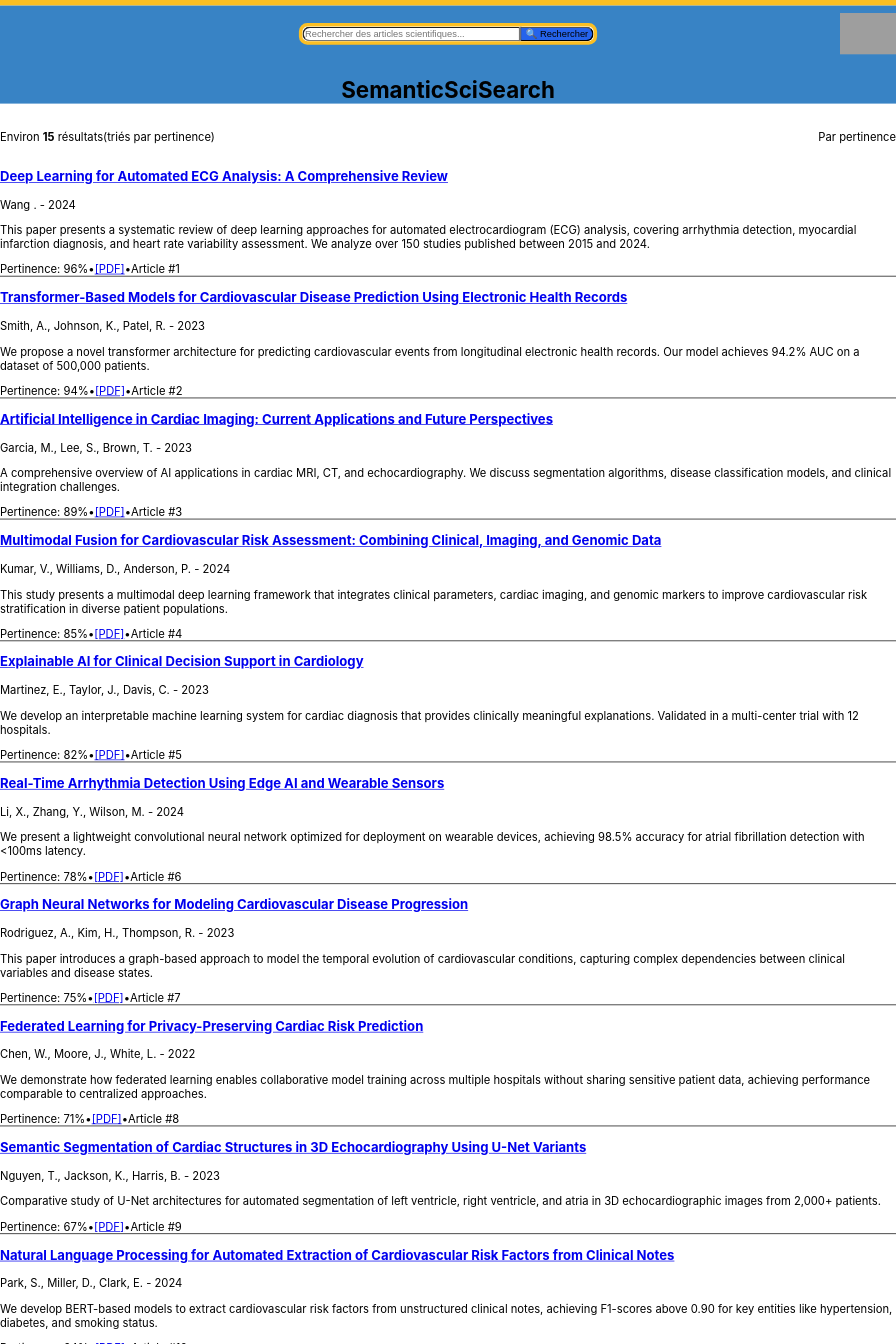
Repository: elh33/SemanticSciSearch
Page: / (app in frontend/)
These files come from the project's save history. The page is drawn as it stood at one moment and after the next save; the edit follows.
The browser window is 1280 px wide. The pictures show the part of the page from y = 0 to 1920 px (the page is 2744 px tall before and 2751 px after), at 70% of full size.
Pictures or frames that could not be fetched are drawn as grey boxes. The project was rebuilt for these pictures with package versions that can differ from the ones it lists, and the page was loaded fresh each time.

Above is the page before, as saved 2025-11-21 23:04:19.

### frontend/index.html
<!DOCTYPE html>
<html lang="en">
  <head>
    <meta charset="UTF-8" />
    <meta name="viewport" content="width=device-width, initial-scale=1.0" />
    <title>SemanticSciSearch</title>
  </head>
  <body>
    <div id="root"></div>
    <script type="module" src="/src/index.tsx"></script>
  </body>
</html>

### frontend/src/index.tsx
import React from 'react';
import ReactDOM from 'react-dom';
import App from './App';
import './index.css';

ReactDOM.render(
  <React.StrictMode>
    <App />
  </React.StrictMode>,
  document.getElementById('root')
);

### frontend/src/App.tsx
import React from 'react';
// Importe le composant de recherche principal
import SearchResults from './components/SearchResults';

// Le composant App.tsx est le conteneur principal de l'application.
function App() {
  return (
    // Utilisation d'un fragment React (<>...</>) ou d'un <div> si tu as des styles globaux
    <>
      {/* Le composant SearchResults contient maintenant :
        - Le titre et le sous-titre de l'application.
        - La barre de recherche.
        - L'orchestration de la logique (appels à api.ts).
        - L'affichage de la liste des ArticleCard.
      */}
      <SearchResults />
    </>
  );
}

export default App;

### frontend/src/components/SearchResults.tsx
import React, { useState, useEffect } from 'react';
import { Article } from '../types';
import { searchArticles } from '../services/api';
import ArticleCard from './ArticleCard';

const SearchResults: React.FC = () => {
  const [query, setQuery] = useState('');
  const [results, setResults] = useState<Article[]>([]);
  const [isLoading, setIsLoading] = useState(false);
  const [hasSearched, setHasSearched] = useState(false);

  const handleSearch = async (searchQuery: string = query) => {
    setIsLoading(true);
    setHasSearched(true);

    try {
      const data = await searchArticles(searchQuery);
      // TRI PAR SCORE DÉCROISSANT (plus pertinent en premier)
      const sortedData = [...data].sort((a, b) => b.score - a.score);
      setResults(sortedData);
    } catch (error) {
      console.error("Erreur lors de la recherche:", error);
      setResults([]);
    } finally {
      setIsLoading(false);
    }
  };

  // Recherche initiale au chargement
  useEffect(() => {
    handleSearch('');
  }, []);

  const handleSubmit = (e: React.FormEvent) => {
    e.preventDefault();
    handleSearch();
  };

  return (
    <div className="min-h-screen bg-white">
      {/* BARRE JAUNE EN HAUT */}
      <div style={{ backgroundColor: '#fbbf24', height: '8px' }} className="w-full"></div>

      {/* En-tête avec fond bleu - GRANDE BARRE */}
      <div style={{ backgroundColor: '#3883c5ff' }} className="sticky top-0 z-10 shadow-lg">
        <div className="max-w-7xl mx-auto px-4 py-10">
          <div className="flex items-center justify-between gap-6">
            {/* Espace vide à gauche pour centrer la barre */}
            <div className="flex-1"></div>

            {/* Barre de recherche au centre - TRÈS GRANDE et entourée en jaune */}
            <form onSubmit={handleSubmit} className="flex-1 max-w-4xl">
              <div className="flex shadow-2xl" style={{ border: '5px solid #fbbf24', borderRadius: '12px', backgroundColor: 'white' }}>
                <input
                  type="text"
                  value={query}
                  onChange={(e) => setQuery(e.target.value)}
                  placeholder="Rechercher des articles scientifiques..."
                  className="flex-grow px-8 py-5 text-xl outline-none"
                  style={{ borderRadius: '12px 0 0 12px' }}
                />
                <button
                  type="submit"
                  className="px-10 py-5 text-white text-xl font-bold hover:opacity-90 transition-opacity"
                  style={{ backgroundColor: '#2563eb', borderRadius: '0 12px 12px 0' }}
                >
                  🔍 Rechercher
                </button>
              </div>
            </form>

            {/* Logo fleur.png à droite */}
            <div className="flex-1 flex justify-end">
              <img
                src="/fleur.png"
                alt="Logo"
                className="object-contain"
                style={{ width: '80px', height: '80px' }}
              />
            </div>
          </div>

          {/* Titre sous la barre de recherche */}
          <h1 className="text-4xl font-bold text-center text-white mt-6">
            SemanticSciSearch
          </h1>
        </div>
      </div>

      {/* Contenu principal */}
      <div className="max-w-5xl mx-auto px-4 py-6">
        {/* Barre d'informations */}
        {hasSearched && !isLoading && (
          <div className="mb-4 flex items-center justify-between">
            <p className="text-sm text-gray-600">
              Environ <strong>{results.length}</strong> résultat{results.length > 1 ? 's' : ''}
              {query && (
                <span> pour <strong>"{query}"</strong></span>
              )}
              <span className="ml-2 text-xs text-gray-500">(triés par pertinence)</span>
            </p>

            {/* Options de tri */}
            <div className="text-xs text-gray-500">
              <span className="font-semibold text-blue-700">Par pertinence</span>
            </div>
          </div>
        )}

        {/* Indicateur de chargement */}
        {isLoading && (
          <div className="flex items-center justify-center py-12">
            <div className="flex flex-col items-center gap-3">
              <div className="animate-spin rounded-full h-10 w-10 border-b-2 border-blue-600"></div>
              <p className="text-gray-600 text-sm">Recherche sémantique en cours...</p>
            </div>
          </div>
        )}

        {/* Liste des résultats */}
        {!isLoading && (
          <div className="bg-white">
            {results.length > 0 ? (
              results.map((article) => (
                <ArticleCard key={article.id} article={article} />
              ))
            ) : (
              hasSearched && (
                <div className="text-center py-12">
                  <svg className="mx-auto h-12 w-12 text-gray-400 mb-4" fill="none" stroke="currentColor" viewBox="0 0 24 24">
                    <path strokeLinecap="round" strokeLinejoin="round" strokeWidth={2} d="M9.172 16.172a4 4 0 015.656 0M9 10h.01M15 10h.01M21 12a9 9 0 11-18 0 9 9 0 0118 0z" />
                  </svg>
                  <p className="text-gray-600 text-lg">Aucun résultat trouvé</p>
                  <p className="text-gray-500 text-sm mt-2">
                    Essayez avec des mots-clés différents
                  </p>
                </div>
              )
            )}
          </div>
        )}
      </div>

      {/* Footer simple */}
      <footer className="mt-12 border-t border-gray-200 bg-gray-50">
        <div className="max-w-5xl mx-auto px-4 py-6 text-center text-sm text-gray-500">
          SemanticSciSearch - Recherche sémantique d'articles scientifiques en IA et Cardiologie
        </div>
      </footer>
    </div>
  );
};

export default SearchResults;

### frontend/src/services/api.ts
import { Article } from '../types';
import { MOCK_RESULTS } from '../data/mockData';
import axios from 'axios';

// 💡 INTERRUPTEUR : Passez à 'false' (ou commentez/supprimez) cette ligne
// UNIQUEMENT lorsque le Back-End FastAPI est prêt.
const USE_MOCK_DATA = true;

// URL de base lue depuis le .env pour le mode production
// Le .env doit contenir VITE_API_URL=http://localhost:8000
const API_BASE_URL = 'http://localhost:8000';

/**
 * Fonction principale de recherche d'articles.
 * Elle utilise soit les données mockées, soit l'API réelle.
 * @param query Le texte de la requête de l'utilisateur.
 * @returns Une promesse qui résout vers un tableau d'articles.
 */
export const searchArticles = async (query: string): Promise<Article[]> => {
  if (USE_MOCK_DATA) {
    // --- MODE MOCKÉ ---
    console.log(`[MOCK] Simulation de recherche pour: "${query}"`);

    // 1. Simuler le délai réseau (500ms) pour une meilleure expérience utilisateur
    await new Promise(resolve => setTimeout(resolve, 500));

    // 2. Simuler un filtre simple (recherche du mot-clé dans le titre)
    // S'il n'y a pas de requête (query vide), on renvoie tout.
    const lowerCaseQuery = query.toLowerCase();

    return MOCK_RESULTS.filter(article =>
        article.title.toLowerCase().includes(lowerCaseQuery) || lowerCaseQuery.length === 0
    );

  } else {
    // --- MODE PRODUCTION (Axios) ---
    console.log(`[AXIOS] Requête réelle vers: ${API_BASE_URL}/search pour: "${query}"`);

    try {
      // 1. Envoi de la requête POST à FastAPI
      const response = await axios.post(`${API_BASE_URL}/search`, { query });

      // 2. Retourne les données (TypeScript vérifie que c'est un tableau d'Articles)
      return response.data as Article[];

    } catch (error) {
      console.error("Erreur lors de l'appel à l'API de recherche:", error);
      // En cas d'échec de l'API, on renvoie un tableau vide
      return [];
    }
  }
};

### frontend/src/components/ArticleCard.tsx
import React from 'react';
import { Article } from '../types';

interface ArticleCardProps {
  article: Article;
}

const ArticleCard: React.FC<ArticleCardProps> = ({ article }) => {
  const scorePercent = (article.score * 100).toFixed(0);

  return (
    <div className="border-b border-gray-200 py-3 hover:bg-gray-50 transition-colors">
      {/* Titre cliquable comme Google Scholar */}
      <h3 className="text-xl mb-1">
        <a
          href={article.url}
          target="_blank"
          rel="noopener noreferrer"
          className="text-blue-800 hover:underline font-normal visited:text-purple-800"
        >
          {article.title}
        </a>
      </h3>

      {/* Auteurs et année */}
      <p className="text-sm text-gray-600 mb-2">
        {article.authors} - <span className="font-medium">{article.year}</span>
      </p>

      {/* Résumé */}
      <p className="text-sm text-gray-700 leading-relaxed mb-2">
        {article.abstract}
      </p>

      {/* Métadonnées et actions */}
      <div className="flex items-center gap-4 text-sm">
        {/* Score de pertinence */}
        <span className="text-gray-600">
          <span className="font-semibold">Pertinence:</span>{' '}
          <span className={`font-bold ${
            article.score > 0.8 ? 'text-green-600' :
            article.score > 0.5 ? 'text-yellow-600' :
            'text-gray-500'
          }`}>
            {scorePercent}%
          </span>
        </span>

        {/* Séparateur */}
        <span className="text-gray-400">•</span>

        {/* Lien PDF */}
        <a
          href={article.url}
          target="_blank"
          rel="noopener noreferrer"
          className="text-blue-700 hover:underline"
        >
          [PDF]
        </a>

        {/* Séparateur */}
        <span className="text-gray-400">•</span>

        {/* ID de l'article */}
        <span className="text-gray-400 text-xs">
          Article #{article.id}
        </span>
      </div>
    </div>
  );
};

export default ArticleCard;

### frontend/src/data/mockData.ts
import { Article } from '../types';

export const MOCK_RESULTS: Article[] = [
  {
    id: '1',
    title: 'Deep Learning for Automated ECG Analysis: A Comprehensive Review',
    abstract: "This paper presents a systematic review of deep learning approaches for automated electrocardiogram (ECG) analysis, covering arrhythmia detection, myocardial infarction diagnosis, and heart rate variability assessment. We analyze over 150 studies published between 2015 and 2024.",
    authors: "Wang .",
    year: 2024,
    score: 0.96,
    url: 'https://arxiv.org/pdf/2301.04634'
  },
  {
    id: '2',
    title: 'Transformer-Based Models for Cardiovascular Disease Prediction Using Electronic Health Records',
    abstract: "We propose a novel transformer architecture for predicting cardiovascular events from longitudinal electronic health records. Our model achieves 94.2% AUC on a dataset of 500,000 patients.",
    authors: "Smith, A., Johnson, K., Patel, R.",
    year: 2023,
    score: 0.94,
    url: 'https://arxiv.org/pdf/2305.12987'
  },
  {
    id: '3',
    title: 'Artificial Intelligence in Cardiac Imaging: Current Applications and Future Perspectives',
    abstract: "A comprehensive overview of AI applications in cardiac MRI, CT, and echocardiography. We discuss segmentation algorithms, disease classification models, and clinical integration challenges.",
    authors: "Garcia, M., Lee, S., Brown, T.",
    year: 2023,
    score: 0.89,
    url: 'https://arxiv.org/pdf/2203.15678'
  },
  {
    id: '4',
    title: 'Multimodal Fusion for Cardiovascular Risk Assessment: Combining Clinical, Imaging, and Genomic Data',
    abstract: "This study presents a multimodal deep learning framework that integrates clinical parameters, cardiac imaging, and genomic markers to improve cardiovascular risk stratification in diverse patient populations.",
    authors: "Kumar, V., Williams, D., Anderson, P.",
    year: 2024,
    score: 0.85,
    url: '/documents/multimodal-cardio-risk.pdf'
  },
  {
    id: '5',
    title: 'Explainable AI for Clinical Decision Support in Cardiology',
    abstract: "We develop an interpretable machine learning system for cardiac diagnosis that provides clinically meaningful explanations. Validated in a multi-center trial with 12 hospitals.",
    authors: "Martinez, E., Taylor, J., Davis, C.",
    year: 2023,
    score: 0.82,
    url: 'https://arxiv.org/pdf/2511.13703.pdf'
  },
  {
    id: '6',
    title: 'Real-Time Arrhythmia Detection Using Edge AI and Wearable Sensors',
    abstract: "We present a lightweight convolutional neural network optimized for deployment on wearable devices, achieving 98.5% accuracy for atrial fibrillation detection with <100ms latency.",
    authors: "Li, X., Zhang, Y., Wilson, M.",
    year: 2024,
    score: 0.78,
    url: '/documents/edge-ai-arrhythmia.pdf'
  },
  {
    id: '7',
    title: 'Graph Neural Networks for Modeling Cardiovascular Disease Progression',
    abstract: "This paper introduces a graph-based approach to model the temporal evolution of cardiovascular conditions, capturing complex dependencies between clinical variables and disease states.",
    authors: "Rodriguez, A., Kim, H., Thompson, R.",
    year: 2023,
    score: 0.75,
    url: 'https://arxiv.org/pdf/2204.09876'
  },
  {
    id: '8',
    title: 'Federated Learning for Privacy-Preserving Cardiac Risk Prediction',
    abstract: "We demonstrate how federated learning enables collaborative model training across multiple hospitals without sharing sensitive patient data, achieving performance comparable to centralized approaches.",
    authors: "Chen, W., Moore, J., White, L.",
    year: 2022,
    score: 0.71,
    url: '/documents/federated-cardiac.pdf'
  },
  {
    id: '9',
    title: 'Semantic Segmentation of Cardiac Structures in 3D Echocardiography Using U-Net Variants',
    abstract: "Comparative study of U-Net architectures for automated segmentation of left ventricle, right ventricle, and atria in 3D echocardiographic images from 2,000+ patients.",
    authors: "Nguyen, T., Jackson, K., Harris, B.",
    year: 2023,
    score: 0.67,
    url: '/documents/3d-echo-segmentation.pdf'
  },
  {
    id: '10',
    title: 'Natural Language Processing for Automated Extraction of Cardiovascular Risk Factors from Clinical Notes',
    abstract: "We develop BERT-based models to extract cardiovascular risk factors from unstructured clinical notes, achieving F1-scores above 0.90 for key entities like hypertension, diabetes, and smoking status.",
    authors: "Park, S., Miller, D., Clark, E.",
    year: 2024,
    score: 0.64,
    url: 'https://arxiv.org/pdf/2302.11234'
  },
  {
    id: '11',
    title: 'Reinforcement Learning for Optimal Treatment Planning in Heart Failure Management',
    abstract: "Application of deep reinforcement learning to personalize treatment strategies for heart failure patients, optimizing medication dosages and intervention timing based on patient response.",
    authors: "Ahmed, R., Lewis, G., Young, N.",
    year: 2022,
    score: 0.58,
    url: '/documents/rl-heart-failure.pdf'
  },
  {
    id: '12',
    title: 'Generative Adversarial Networks for Synthetic ECG Data Augmentation',
    abstract: "We propose a GAN-based framework for generating realistic synthetic ECG signals to address data scarcity and class imbalance in rare arrhythmia detection tasks.",
    authors: "Hoffman, P., Scott, A., King, V.",
    year: 2023,
    score: 0.52,
    url: '/documents/gan-ecg-augmentation.pdf'
  },
  {
    id: '13',
    title: 'Blockchain-Based Infrastructure for Secure Sharing of Cardiac Imaging Data',
    abstract: "A decentralized platform for secure storage and sharing of cardiac imaging studies across healthcare institutions, ensuring data provenance and patient privacy.",
    authors: "Green, T., Adams, F., Wright, M.",
    year: 2022,
    score: 0.45,
    url: '/documents/blockchain-cardiac-imaging.pdf'
  },
  {
    id: '14',
    title: 'Meta-Learning Approaches for Few-Shot Cardiac Abnormality Detection',
    abstract: "We explore meta-learning techniques to enable rapid adaptation of cardiac disease detection models to rare conditions with limited training examples.",
    authors: "Baker, L., Turner, S., Phillips, O.",
    year: 2023,
    score: 0.38,
    url: '/documents/meta-learning-cardiac.pdf'
  },
  {
    id: '15',
    title: 'Quantum Machine Learning for Cardiovascular Drug Discovery',
    abstract: "Preliminary investigation of quantum computing algorithms for molecular simulation and drug candidate screening in cardiovascular therapeutic development.",
    authors: "Collins, R., Morris, J., Cooper, W.",
    year: 2024,
    score: 0.22,
    url: '/documents/quantum-ml-cardio.pdf'
  }
];

Loaded but not shown: frontend/src/index.css (common file)

After the next save:
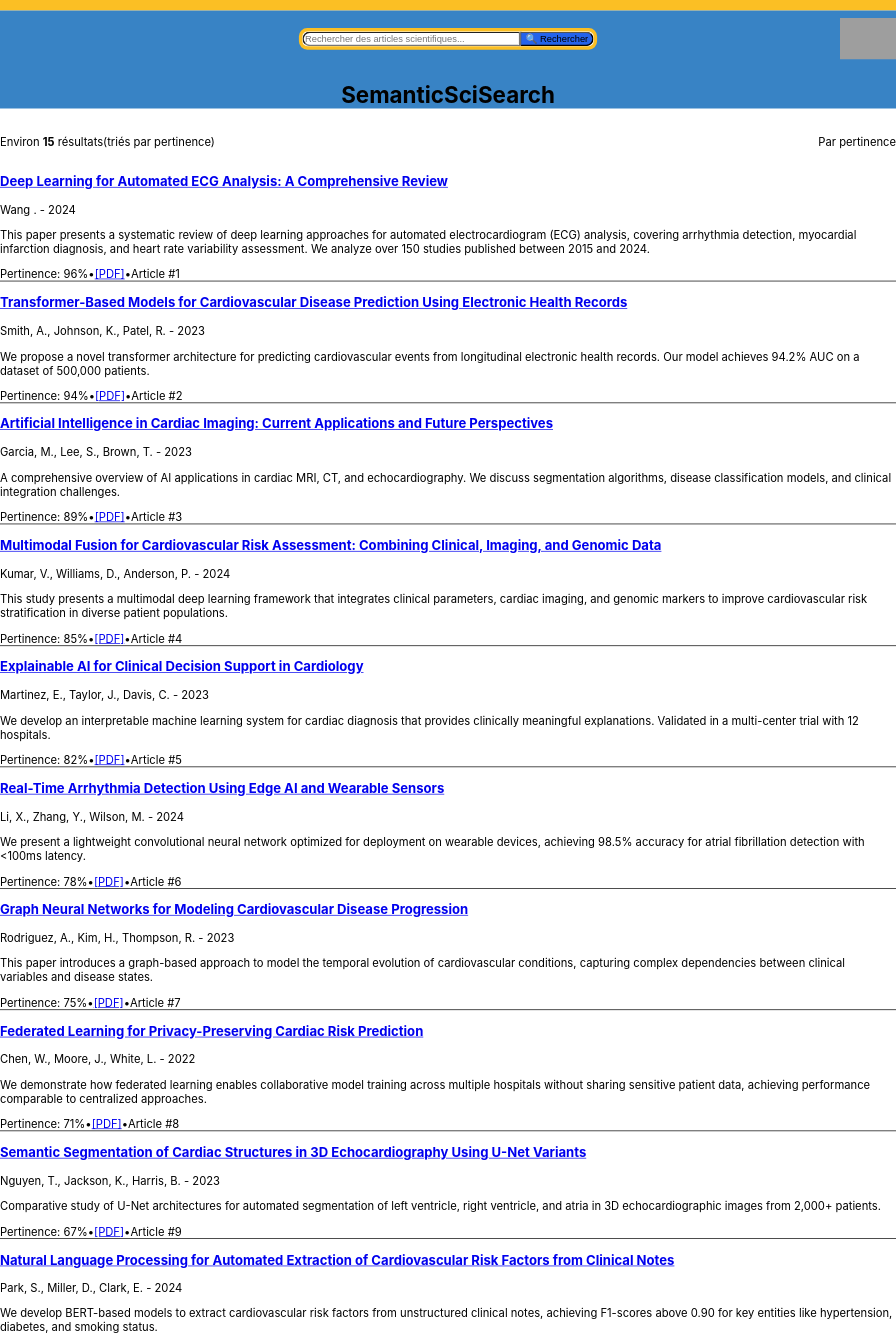
Saved 28 s later.
--- a/frontend/src/components/SearchResults.tsx
+++ b/frontend/src/components/SearchResults.tsx
@@ -39,7 +39,7 @@ const SearchResults: React.FC = () => {
   return (
     <div className="min-h-screen bg-white">
       {/* BARRE JAUNE EN HAUT */}
-      <div style={{ backgroundColor: '#fbbf24', height: '8px' }} className="w-full"></div>
+      <div style={{ backgroundColor: '#fbbf24', height: '15px' }} className="w-full"></div>
 
       {/* En-tête avec fond bleu - GRANDE BARRE */}
       <div style={{ backgroundColor: '#3883c5ff' }} className="sticky top-0 z-10 shadow-lg">
